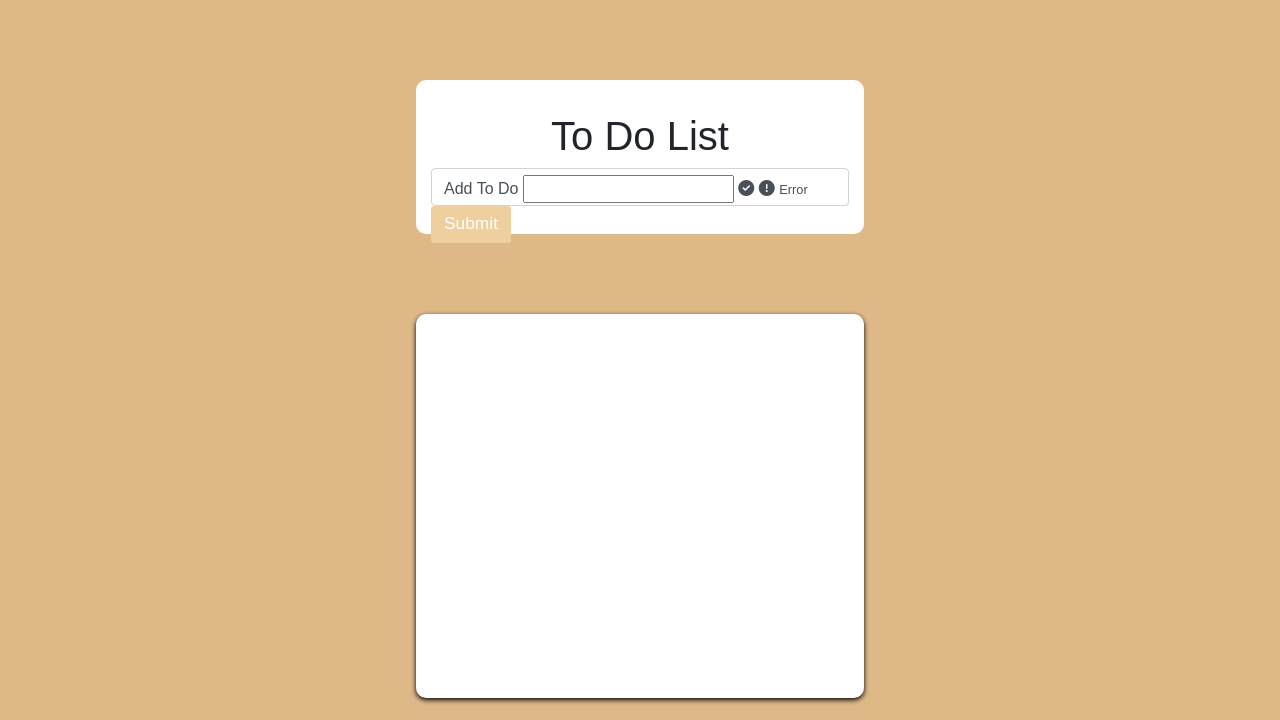
Repository: skepp4rn/todolist
Page: index.html
These files come from the project's save history. The page is drawn as it stood at one moment and after the next save; the edit follows.
The browser window is 1280 px wide. The pictures show the whole page.
The page's requests for data from a server got no answer. Some web libraries are served in a nearby version.

Above is the page before, as saved 2021-01-28 11:46:22.

### index.html
<!DOCTYPE html>
<html lang="sv">
<head>
    <meta charset="UTF-8">
    <meta name="viewport" content="width=device-width, initial-scale=1.0">

    <script src="https://kit.fontawesome.com/ef4c0722a8.js" crossorigin="anonymous"></script>
    <link rel="stylesheet" href="https://cdn.jsdelivr.net/npm/bootstrap@4.5.3/dist/css/bootstrap.min.css" integrity="sha384-TX8t27EcRE3e/ihU7zmQxVncDAy5uIKz4rEkgIXeMed4M0jlfIDPvg6uqKI2xXr2" crossorigin="anonymous">
    <link rel="stylesheet" href="css/style.css">

    <title>To Do List</title>
</head>
<body>
    <div class="container">
        <div id="header">
            <h1>To Do List</h1>
        </div>

        <form class="form" id="form">
            <div class="form-control">
                <label>Add To Do</label>
                <input type="text" id="addToDo">
                <i class="fas fa-check-circle"></i>
                <i class="fas fa-exclamation-circle"></i>
                <small>Error message</small>
            </div>

            <button id="btn">Submit</button>
        </form>
    </div>

    <div class="container2">
        <div id="list"></div>
    </div>

    <script src="https://code.jquery.com/jquery-3.5.1.slim.min.js" integrity="sha384-DfXdz2htPH0lsSSs5nCTpuj/zy4C+OGpamoFVy38MVBnE+IbbVYUew+OrCXaRkfj" crossorigin="anonymous"></script>
    <script src="https://cdn.jsdelivr.net/npm/bootstrap@4.5.3/dist/js/bootstrap.bundle.min.js" integrity="sha384-ho+j7jyWK8fNQe+A12Hb8AhRq26LrZ/JpcUGGOn+Y7RsweNrtN/tE3MoK7ZeZDyx" crossorigin="anonymous"></script>
    <script src="https://cdnjs.cloudflare.com/ajax/libs/uuid/8.1.0/uuidv4.min.js"></script>
    <script src="script.js"></script>
</body>

### css/style.css
*{
    box-sizing: border-box;
    margin: 0;
    padding: 0;
}

body {
    background-color: burlywood;
    font-family: Arial, Helvetica, sans-serif;
    display: grid;
    justify-content: center;
}

.container {
    width: 35vw;
    display: grid;
    justify-content: center;
    background-color: #ffffff;
    border-radius: 10px;
    margin-top: 5rem;
    padding-bottom: 2rem;
    height: 12vw;
}

.container2 {
    width: 35vw;
    display: grid;
    justify-content: center;
    background-color: #ffffff;
    border-radius: 10px;
    margin-top: 5rem;
    padding-bottom: 2rem;
    height: 30vw;
    overflow-y: auto;
    box-shadow: 0 2px 5px black;
}

#header {
    margin-top: 2rem;
    text-align: center;
}

#btn {
    border: none;
    border-radius: 3px;
    padding: 0.2rem;
    background-color: #f0cf9f;
    color: #ffffff;
    font-size: 13pt;
    width: 5rem;
    height: 2.3rem;
    align-self: center;

}

.todobox {
    padding-top: 2rem;
    padding-bottom: 1rem;
    width: 32vw;
    display: grid;
    grid-template-columns: 5fr 1fr;
}

.knappar {
    display: grid;
    gap: 2rem;
}

.todoinput {
    display: flex;
    align-items: center;
}

.fa-trash {
    padding: 0.5rem;
    border: none;
    border-radius: 5px;
    color: #ffffff;
    background-color: red;
    width: 5rem;
}

.fa-undo {
    padding: 0.5rem;
    border: none;
    border-radius: 5px;
    color: #ffffff;
    background-color: #f0cf9f;
    width: 5rem;
}

.done {
    border: none;
    border-radius: 5px;
    padding: 0.5rem;
    background-color: #f0cf9f;
    color: #ffffff;
    font-family: inherit;
    font-size: 14pt;
    width: 5rem;
    height: 3rem;
}

### script.js
let ToDo = [];
let addToDos = document.getElementById('addToDo');
let form = document.getElementById('form');
let check = false;
let subbtn = document.getElementById('subbtn');
let list = document.querySelector('#list');
const fetchTodos = () => {
    fetch('https://jsonplaceholder.typicode.com/todos?_start20=&_limit=10')
    .then(res => res.json())
    .then(data => {
      ToDo = data;
      listelement(ToDo);
    })
}
fetchTodos();

const listelement = (ToDo) => {
    list.innerHTML = '';
    ToDo.forEach(todo => {
        list.innerHTML += newTodo(todo);
    })
    console.log(ToDo);
}

const newTodo = todo => {

    let template = todo.completed ? `
    <div id="${todo.id}" class="todoinput completed">
        <div class="todobox">
          <h3 class="title">${todo.title}</h3>
            <div class="knappar">
                <button class="fas fa-undo"></button>
                <button class="fas fa-trash"></button>
            </div>
        </div>
    </div>
    `
    : `
    <div id="${todo.id}" class="todoinput">
        <div class="todobox">
            <h3 class="title">${todo.title}</h3>
            <button class="done">Done</button>
        </div>
    </div>
    `
    return template
  }


  const createTodo = (title) => {

    fetch('https://jsonplaceholder.typicode.com/todos',{
      method: 'POST',
      headers: {
        'Content-type': 'application/json; charset=UTF-8'
      },
      body: JSON.stringify({
        title,
        completed: false
      })
    })
    .then(res => res.json())
    .then(data => {
        let _todo = {
            title: data.title,
            completed: data.completed,
            id: uuidv4()
        }
      console.log(data)
      ToDo.unshift(_todo);
      listelement(ToDo);
    })
}

form.addEventListener('submit', (e) => {
    e.preventDefault();

    checkInputs();

    if(check == true) {
        removeinput(addToDos);

        createTodo(addToDos.value)
        listelement(ToDo);

        addToDos.value = '';
    }
});

function checkInputs() {
    let addToDosValue = addToDos.value.trim();

    if(addToDosValue === ``) {
    setErrorFor(addToDos, `To Do cannot be blank`);

    } else {
        setSuccessFor(addToDos);
    }
}

function setErrorFor(input, message) {
    let formControl = input.parentElement;
    let small = formControl.querySelector('small');
    small.innerText = message;
    formControl.className = 'form-control error';
    check = false;
}

function setSuccessFor(input) {
    let formControl = input.parentElement;
    formControl.className = 'form-control success';
    check = true;
}

function removeinput(input) {
    let formControl = input.parentElement;
    formControl.className = 'form-control';
}

list.addEventListener('click', (e) => {
    if(e.target.classList.contains('done')) {
        complete(e.target.parentNode.parentNode.id)
    }
    else if(e.target.classList.contains('fa-undo')) {
        complete(e.target.parentNode.parentNode.parentNode.id)
    }
})

function complete(id) {
    ToDo.map(todo => {
        if(todo.id == id){
            todo.completed = !todo.completed
        }
        return todo
    })
    listelement(ToDo)
}

list.addEventListener('click', (e) => {

    if(e.target.classList.contains('fa-trash')) {
        ToDo = ToDo.filter(removetodo => removetodo.id != e.target.parentNode.parentNode.parentNode.id)
        listelement(ToDo)
    }
});

After the next save:
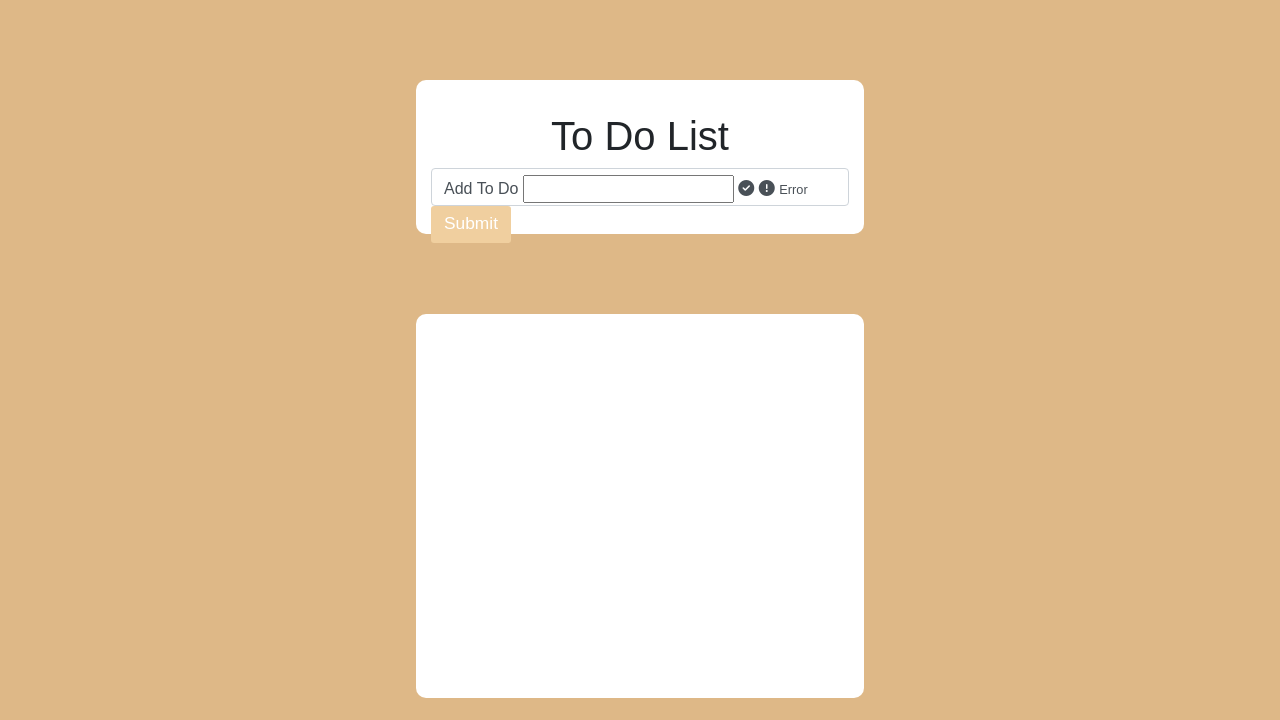
Saved 8 s later.
--- a/css/style.css
+++ b/css/style.css
@@ -32,7 +32,6 @@ body {
     padding-bottom: 2rem;
     height: 30vw;
     overflow-y: auto;
-    box-shadow: 0 2px 5px black;
 }
 
 #header {
